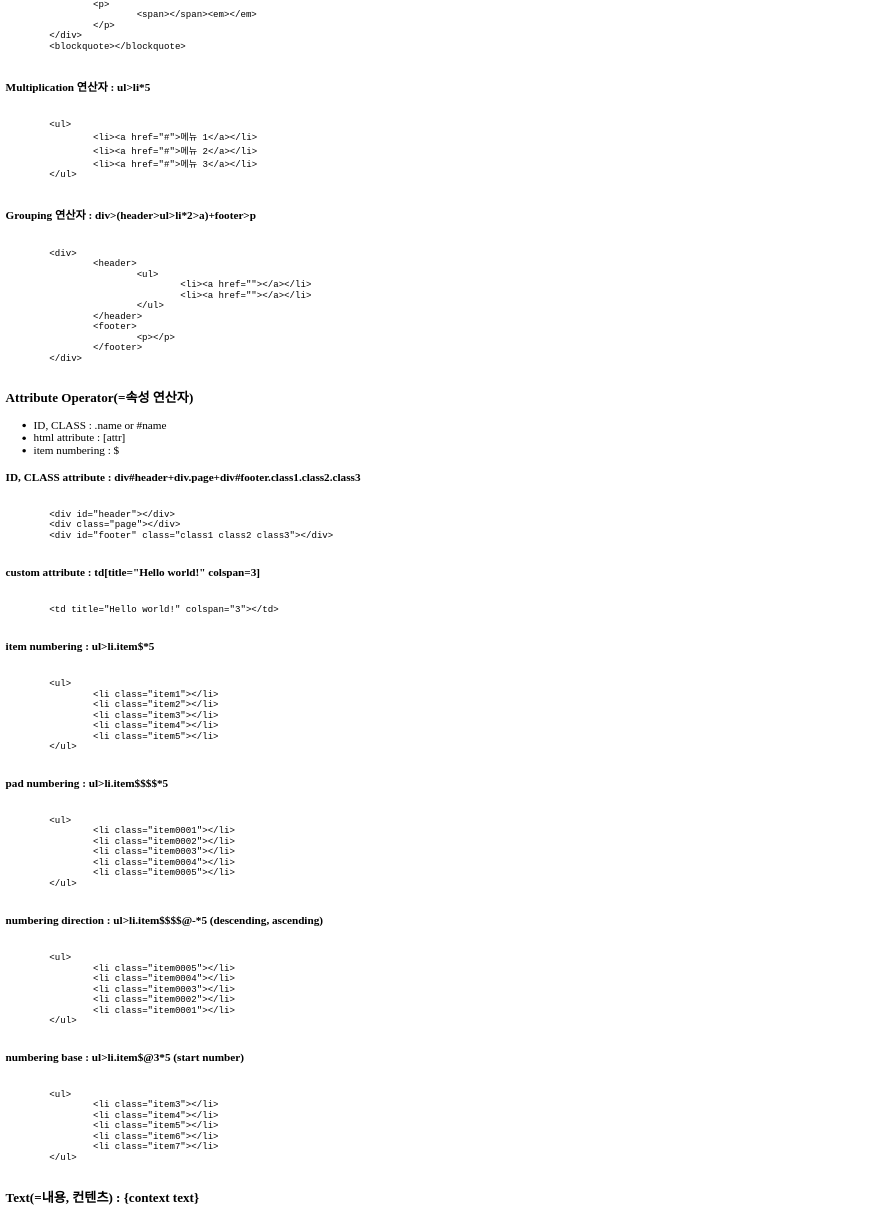
Repository: kvmhyvmvn/Study_WebUI
Page: WorkSpace/CloneCoding1/src/main/webapp/emmet-syntax.html
An editor plug-in stored every save of this project. The page is shown before and after the next save, followed by the edit.
The browser window is 1280 px wide. The pictures show the part of the page from y = 1178 to 3098 px (the page is 2919 px tall before and 3098 px after), at 70% of full size.

Above is the page before, as saved 2023-05-30 08:48:20.

### WorkSpace/CloneCoding1/src/main/webapp/emmet-syntax.html
<!DOCTYPE html>
<html>
<head>
<meta charset="UTF-8">
<title>수코딩 클론</title>
<meta name="viewport" content="width=device-width, initial-scale=1.0">
</head>
<body>
	<!-- Emmet Syntax 실습 - https://docs.emmet.io/abbreviations/syntax/ -->
	<h1>Emmet이란?</h1>
	<p>코드를 고속으로 편집하거나 코딩하는데 필요한 플러그인으로 css와 문법이 유사합니다.</p>

	<h2>Emmet 사용법</h2>
	<h3>Element(=요소)</h3>
	<p>Emmet에서 HTML 마크업 요소를 작성할때는, 요소명을 적고 Tab(=확장)을 누르면 자동으로 HTML 요소로 만들어줍니다.</p>

	<h3>Nesting Operator(=중첩 연산자)</h3>
	<ul>
		<li>Child : > (자식, 자손요소 ==> 포함관계로 작성)</li>
		<li>Sibling : + (형제 ==> 중첩된 요소와 나란히 작성)</li>
		<li>Climb-Up : ^ (캐럿 ==> 중첩을 벗어나는 것)</li>
		<li>Multiplication : * (복제 ==> 여러 요소를 작성)</li>
		<li>Grouping : () (그룹은 그룹화)</li>
	</ul>

	<h4>Child 연산자 : div>ul>li</h4>
	<xmp>
	<div>
		<ul>
			<li>Child</li>
		</ul>
	</div>
	</xmp>

	<h4>Sibling 연산자 : div+p+bq</h4>
	<xmp>
	<div></div>
	<p></p>
	<blockquote></blockquote>
	</xmp>

	<h4>Climb-up 연산자 : div+div>p>span+em</h4>
	<xmp>
	<div></div>
	<div>
		<p>
			<span></span><em></em>
		</p>
	</div>
	</xmp>

	<xmp>
	<!-- div+div>p>span+em^bq -->
	<div></div>
	<div>
		<p>
			<span></span><em></em>
		</p>
		<blockquote></blockquote>
	</div>
	</xmp>

	<xmp>
	<!-- div+div>p>span+em^^^bq -->
	<div></div>
	<div>
		<p>
			<span></span><em></em>
		</p>
	</div>
	<blockquote></blockquote>
	</xmp>

	<h4>Multiplication 연산자 : ul>li*5</h4>
	<xmp>
	<ul>
		<li><a href="#">메뉴 1</a></li>
		<li><a href="#">메뉴 2</a></li>
		<li><a href="#">메뉴 3</a></li>
	</ul>
	</xmp>

	<h4>Grouping 연산자 : div>(header>ul>li*2>a)+footer>p</h4>
	<xmp>
	<div>
		<header>
			<ul>
				<li><a href=""></a></li>
				<li><a href=""></a></li>
			</ul>
		</header>
		<footer>
			<p></p>
		</footer>
	</div>
	</xmp>

	<h3>Attribute Operator(=속성 연산자)</h3>
	<ul>
		<li>ID, CLASS : .name or #name</li>
		<li>html attribute : [attr]</li>
		<li>item numbering : $</li>
	</ul>

	<h4>ID, CLASS attribute : div#header+div.page+div#footer.class1.class2.class3</h4>
	<xmp>
	<div id="header"></div>
	<div class="page"></div>
	<div id="footer" class="class1 class2 class3"></div>
	</xmp>

	<h4>custom attribute : td[title="Hello world!" colspan=3]</h4>
	<xmp>
	<td title="Hello world!" colspan="3"></td>
	</xmp>

	<h4>item numbering : ul>li.item$*5</h4>
	<xmp>
	<ul>
		<li class="item1"></li>
		<li class="item2"></li>
		<li class="item3"></li>
		<li class="item4"></li>
		<li class="item5"></li>
	</ul>
	</xmp>

	<h4>pad numbering : ul>li.item$$$$*5</h4>
	<xmp>
	<ul>
		<li class="item0001"></li>
		<li class="item0002"></li>
		<li class="item0003"></li>
		<li class="item0004"></li>
		<li class="item0005"></li>
	</ul>
	</xmp>

	<h4>numbering direction : ul>li.item$$$$@-*5 (descending, ascending)</h4>
	<xmp>
	<ul>
		<li class="item0005"></li>
		<li class="item0004"></li>
		<li class="item0003"></li>
		<li class="item0002"></li>
		<li class="item0001"></li>
	</ul>
	</xmp>

	<h4>numbering base : ul>li.item$@3*5 (start number)</h4>
	<xmp>
	<ul>
		<li class="item3"></li>
		<li class="item4"></li>
		<li class="item5"></li>
		<li class="item6"></li>
		<li class="item7"></li>
	</ul>
	</xmp>

	<h3>Text(=내용, 컨텐츠) : {context text}</h3>

</body>
</html>

After the next save:
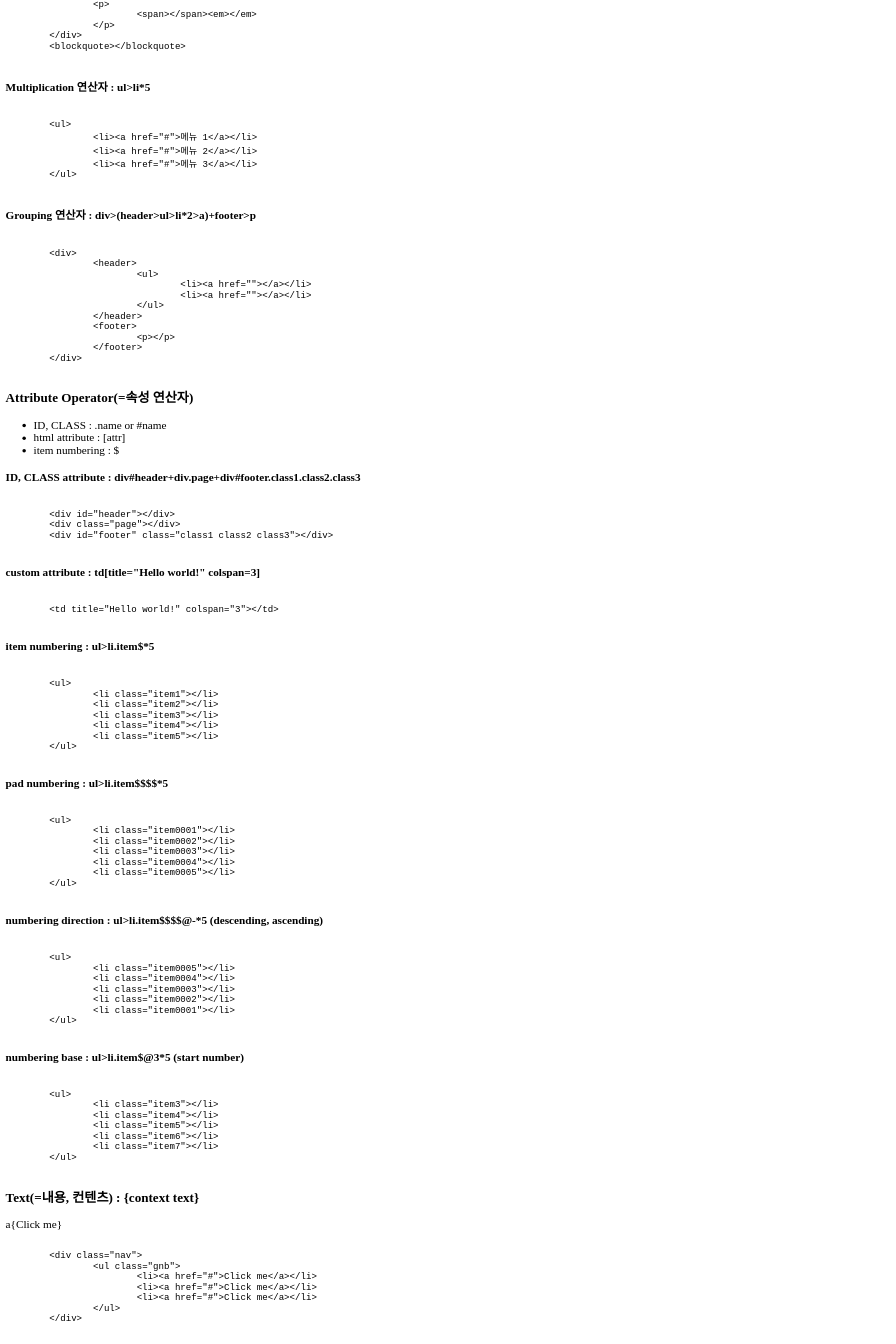
Saved 15 h 40 min later.
--- a/WorkSpace/CloneCoding1/src/main/webapp/emmet-syntax.html
+++ b/WorkSpace/CloneCoding1/src/main/webapp/emmet-syntax.html
@@ -11,6 +11,7 @@
 	<p>코드를 고속으로 편집하거나 코딩하는데 필요한 플러그인으로 css와 문법이 유사합니다.</p>
 
 	<h2>Emmet 사용법</h2>
+
 	<h3>Element(=요소)</h3>
 	<p>Emmet에서 HTML 마크업 요소를 작성할때는, 요소명을 적고 Tab(=확장)을 누르면 자동으로 HTML 요소로 만들어줍니다.</p>
 
@@ -159,6 +160,15 @@
 	</xmp>
 
 	<h3>Text(=내용, 컨텐츠) : {context text}</h3>
-
+	a{Click me}
+	<xmp>
+	<div class="nav">
+		<ul class="gnb">
+			<li><a href="#">Click me</a></li>
+			<li><a href="#">Click me</a></li>
+			<li><a href="#">Click me</a></li>
+		</ul>
+	</div>
+	</xmp>
 </body>
 </html>
